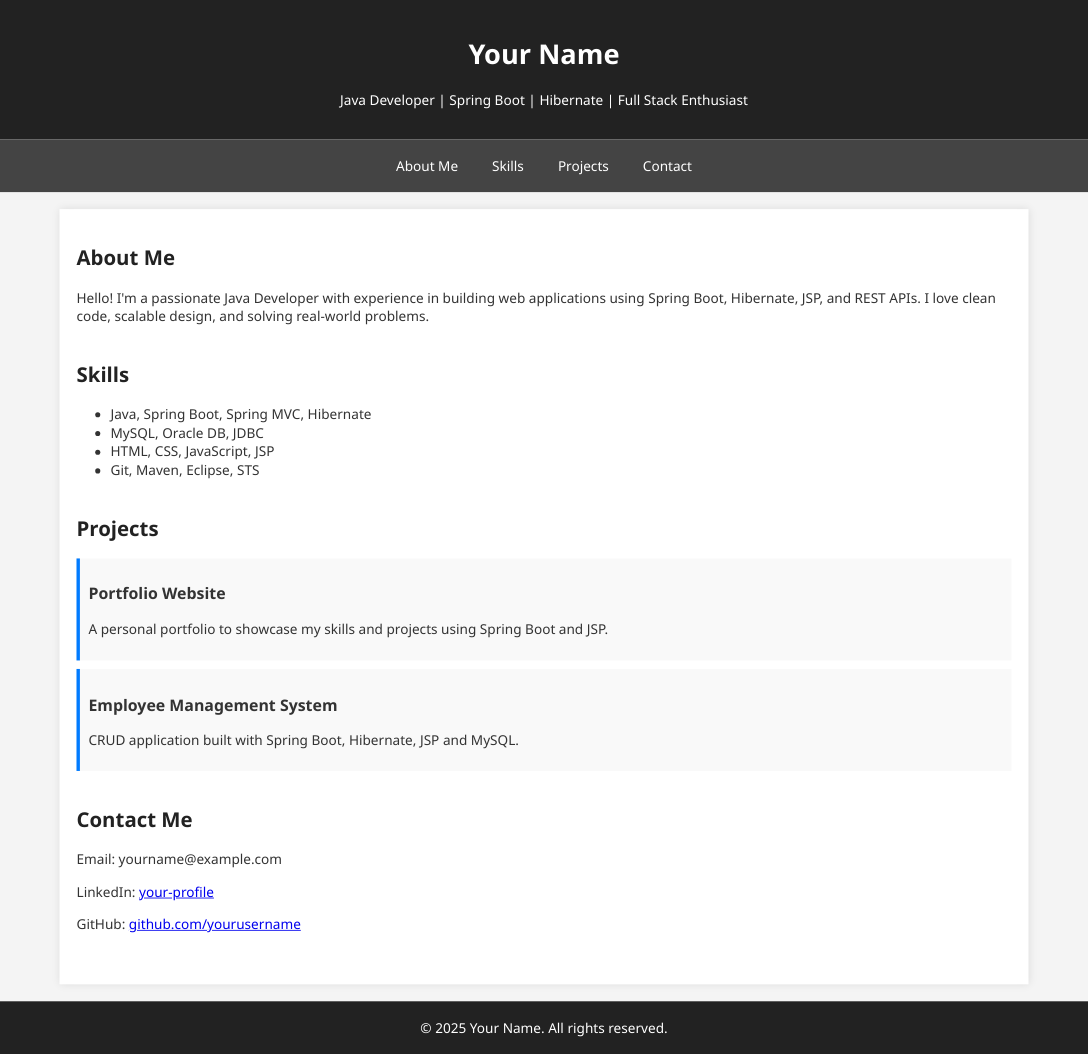
Repository: das-source/portfolio-springboot
Page: http://localhost/portfolio/WEB-INF/views/index.jsp
An editor plug-in stored every save of this project. The page is shown before and after the next save, followed by the edit.
The browser window is 1280 px wide. The pictures show the whole page, at 85% of full size.
The page is served by Tomcat 9. Nobody is signed in. The template is opened directly, without the code that normally fills it, so the values that code supplies are empty.

Above is the page before, as saved 2025-08-05 10:06:58.

After the next save:
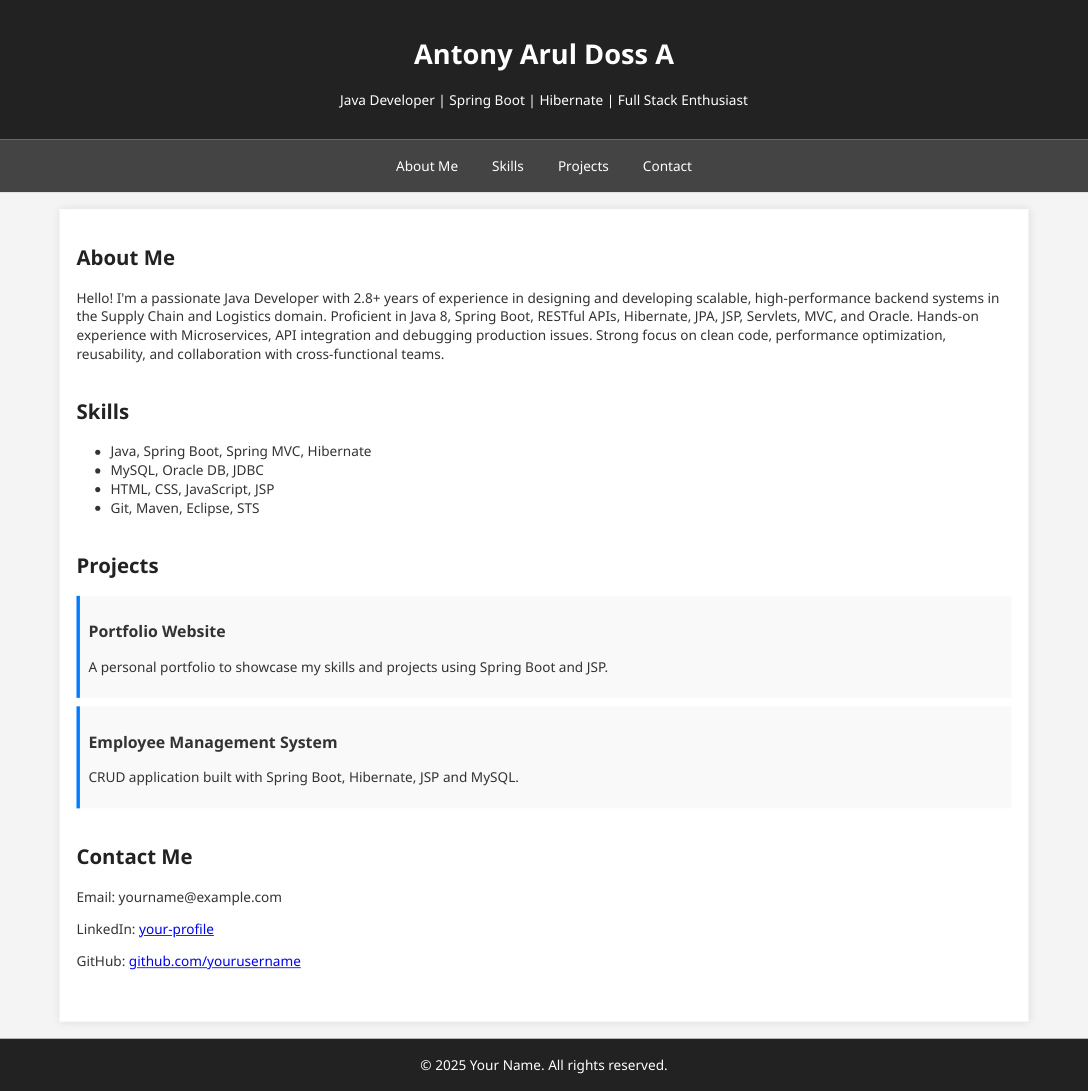
Saved 4 min 5 s later.
--- a/portfolio/src/main/webapp/WEB-INF/views/index.jsp
+++ b/portfolio/src/main/webapp/WEB-INF/views/index.jsp
@@ -80,7 +80,7 @@
 <body>
 
 <header>
-    <h1>Your Name</h1>
+    <h1>Antony Arul Doss A</h1>
     <p>Java Developer | Spring Boot | Hibernate | Full Stack Enthusiast</p>
 </header>
 
@@ -96,8 +96,10 @@
     <section id="about">
         <h2>About Me</h2>
         <p>
-            Hello! I'm a passionate Java Developer with experience in building web applications using Spring Boot,
-            Hibernate, JSP, and REST APIs. I love clean code, scalable design, and solving real-world problems.
+            Hello! I'm a passionate 			Java Developer with 2.8+ years of experience in designing and developing scalable, high-performance backend systems in
+			the Supply Chain and Logistics domain. Proficient in Java 8, Spring Boot, RESTful APIs, Hibernate, JPA, JSP, Servlets,
+			MVC, and Oracle. Hands-on experience with Microservices, API integration and debugging production issues.
+			Strong focus on clean code, performance optimization, reusability, and collaboration with cross-functional teams.
         </p>
     </section>
 
